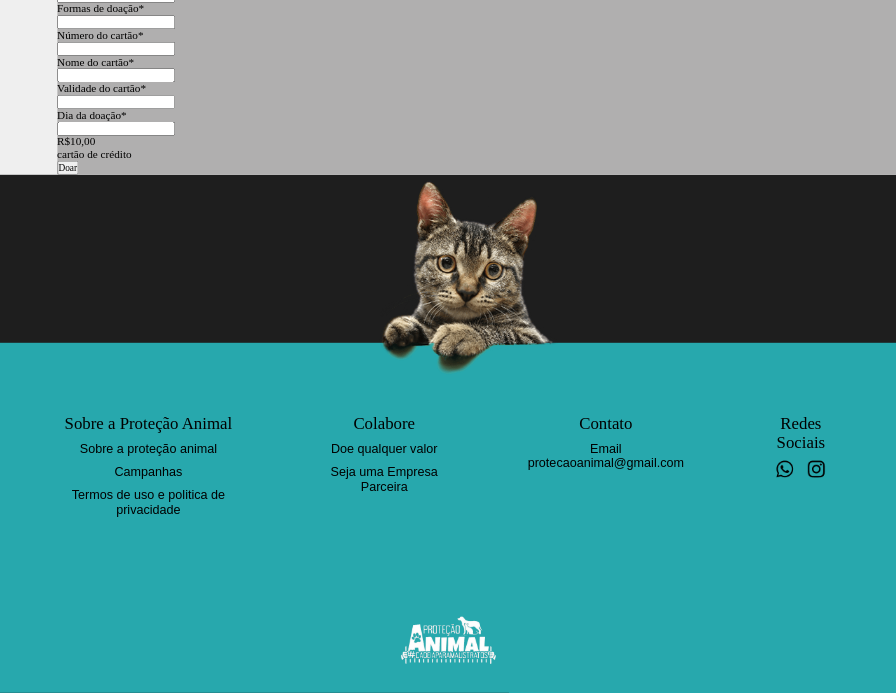
Repository: edjunior-nascimento/protecao-animal-web
Page: src/pages/formulario-doacao/index.html
An editor plug-in stored every save of this project. The page is shown before and after a run of saves, followed by the edit.
The browser window is 1280 px wide. The pictures show the part of the page from y = 404 to 2324 px (the page is 1394 px tall before and 2954 px after), at 70% of full size.

Above is the page before, as saved 2025-02-25 03:55:52.

### src/pages/formulario-doacao/index.html
<!DOCTYPE html>
<html lang="pt">

<head>
    <meta charset="UTF-8">
    <meta name="viewport" content="width=device-width, initial-scale=1.0">
    <title>Proteção Animal</title>
    <link rel="preconnect" href="https://fonts.googleapis.com" />
    <link rel="preconnect" href="https://fonts.gstatic.com" crossorigin />
    <meta name="viewport" content="width=device-width, initial-scale=1.0" />
    <link rel="stylesheet" href="./style.css" />
    <link>
</head>

<body>
    <header>
        <div><img class="logo" src="/src/pages/images/logo.png" alt="logo Protecao animal" /></div>
        <nav>
            <ul>
                <li>
                    <a href="#">
                        <p>Pagina Inicial</p>
                    </a>
                </li>
                <li>
                    <a href="#">
                        <p>Quero adotar</p>
                    </a>
                </li>
                <li>
                    <a href="#">
                        <p>Quero ajudar</p>
                    </a>
                </li>
                <li>
                    <a href="#">
                        <p>Quem somos</p>
                    </a>
                </li>
            </ul>
        </nav>
    </header>
    <div>

        <main>
            <div class="container">
                <div class="title">
                    <p>Página inicial / Doação/ Pagamento</p>
                </div>
                <div class="sub-title">
                    <p>Além da opção de doação única, você pode escolher a opção de apoiar nossos projetos mensalmente!
                    </p>
                </div>
                <div class="valor">
                    <div class="parcela">

                    </div>
                    <div class="cota">

                    </div>
                    <nav>
                        <ul>
                            <li>
                                <a href="#">R$10,00</a></a>
                            </li>
                            <li>
                                <a href="#">R$20,00</a>
                            </li>
                            <li>
                                <a href="#">R$50,00</a>
                            </li>
                            <li>
                                <a href="#">R$100,00</a>
                            </li>
                            <li>
                                <a href="#">R$200,00</a>
                            </li>
                            <li>
                                <a href="#">Outro valor</a>
                            </li>
                        </ul>
                    </nav>
                    <div class="res"><span>Faça uma doação de 10,00</span></div>
                </div>
                <hr>
                <div class="cad">
                    <div class="sub-title">
                        <p>Para fazer parte da nossa história, conte-nos um pouco sobre você:</p>
                    </div>
                    <div class="dados">
                        <form action="/send" method="post" target="_blank">
                            <label>
                                <p>Nome<span class="ast">*</span></p>
                                <input type="text" name="Nome" id="Nome*">
                            </label>
                            <label>
                                <p>Numero de telefone<span class="ast">*</span></p>
                                <input type="text" name="telefone" id="telefone">
                            </label>
                        </form>
                    </div>
                    <div class="cad">
                        <div class="sub-title">
                            <p>Escolha a forma de doação:</p>
                        </div>
                        <hr>
                        <form action="/send" method="post" target="_blank">
                            <label>
                                <p>CPF<span>*</span></p>
                                <input type="number" name="cpf" id="cpf">
                            </label>
                            <label>
                                <p>Formas de doação<span>*</span></p>
                                <input type="text" name="forme-doacao" id="forme-doacao"></p>
                            </label>
                            <label>
                                <p>Número do cartão<span>*</span></p>
                                <input type="number" name="cartao" id="cartao">
                            </label>
                            <label>
                                <p>Nome do cartão<span>*</span></p>
                                <input type="text" name="nome-cartao" id="nome-cartao">
                            </label>
                            <label>
                                <p>Validade do cartão<span>*</span></p>
                                <input type="text" name="" id="">
                            </label>
                            <label>
                                <p>Dia da doação<span>*</span></p>
                                <input type="number" name="data" id="data">
                            </label>
                        </form>
                        <div class="resultado">
                            <div class="retorno">
                                <div class="res/doacao">
                                    <p>R$10,00</p>
                                </div>
                                <div class="forma/pagamento">
                                    <p>cartão de crédito</p>
                                </div>
                            </div>
                            <button>Doar</button>
                        </div>
                    </div>
                </div>
            </div>
        </main>
        <div class="gato"><img src="/src/pages/images/gato.png" alt=""></div>
        <footer>
            <div class="footer-container">
                <div class="footer-primary">
                    <div class="footer-section-1">
                        <div>
                            <h4>Sobre a Proteção Animal</h4>
                        </div>
                        <div>
                            <p><a href="">Sobre a proteção animal</a></p>
                        </div>
                        <div>
                            <p><a href="">Campanhas</a></p>
                        </div>
                        <div>
                            <p><a href="">Termos de uso e politica de privacidade</a></p>
                        </div>
                    </div>
                    <div class="footer-section-2">
                        <div>
                            <h4>Colabore</h4>
                        </div>
                        <div>
                            <p><a href="">Doe qualquer valor</a></p>
                        </div>
                        <div>
                            <p><a href="">Seja uma Empresa Parceira</a></p>
                        </div>
                    </div>
                    <div class="footer-section-3">
                        <div>
                            <h4>Contato</h4>
                        </div>
                        <div>
                            <p>Email</p>
                            <p><a href="mailto:protecaoanimal@gmail.com">protecaoanimal@gmail.com</a></p>
                        </div>
                    </div>
                    <div class="footer-section-4">
                        <div>
                            <h4>Redes Sociais</h4>
                        </div>
                        <div class="social-icons">
                            <div>
                                <a href=""><img src="/src/pages/images/whatsAppIcon.png" alt="" /></a>
                            </div>
                            <div>
                                <a href=""><img src="/src/pages/images/instagramIcon.png" alt="" /></a>
                            </div>
                        </div>
                    </div>
                </div>
            </div>
            <div class="footer-secondary">
                <img src="/src/pages/images/logo.png" alt="" />
            </div>
        </footer>
</body>

</html>

### src/pages/formulario-doacao/style.css
:root {
    --main-bg-color: #1e1e1e;
    --title-color: #27a8ad;
    --subtitle-color: #ffffff;
    --box-color: #ffffff;
    --link-nav-color: #ffffff;
    --card-title-color: #27a8ad;
    --footer-background: #27a8ad;
    --footer-font-color: #000000;
    --maim-color: #EFEFEF;
    --card-nav-color:#B0AFAF;
  }

  * {
    height: max-content;
    font-family: "Jockey One", serif;
    font-style: normal;
    margin: 0px;
    padding: 0px;
  }

  body {
    background-color: var(--main-bg-color);

  }

  a {
    text-decoration: none;
  }

  header {
    height: 100px;
    display: flex;
    flex-direction: row;
    justify-content: space-between;
    padding-inline: 80px
  }
  header div {
    display: flex;
    align-items: center;
  }
  .logo {
    height: 95px;
    width: auto;
  }
  nav {
    width: auto;
    height: 100px;
    display: flex;
    align-items: center;
  }

  nav ul {
    list-style-type: none;
    display: flex;
    gap: 40px;
  }
  nav ul li a {

    color: var(--link-nav-color);
    font-size: 20px;
    background-color: var(--card-nav-color);
  }


.container {
  background-color: var();
}
main {
  background-color:var(--maim-color) ;
}
.container {
  background-color: var(--card-nav-color);
  margin-left: 81.5px;
  height: ;
}
.title {
  color: var(--subtitle-color);
}




  .gato {
    margin-left: 42%;
    margin-bottom: -25px;
    height: 265px;
    max-width: auto;}

  footer {
    height: 500px;
    max-height: auto;
    background-color: var(--footer-background);
    padding-inline: 80px;
  }

  .footer-container {
      width: auto;
      height: 70%;
      display: flex;
      align-items: center;
      justify-content: center;
  }

  .footer-primary {
    display: flex;
    flex-direction: row;
    gap: 111px;
    align-items: flex-start;
    justify-content: center;
  }

  .footer-primary p a {
      color: var(--footer-font-color);
      font-family: "Arial", sans-serif;
  }

  .footer-primary h4 {
    font-size: 24px;
    font-weight: 400;
  }

  .footer-primary p {
      font-size: 18px;
      font-weight: 400;
      font-family: "Arial", sans-serif;
  }

  .footer-secondary {
    width: auto;
    height: 30%;
    display: flex;
    align-items: center;
    justify-content: center;
  }

  .footer-secondary img {
      height: 145px;
      width: auto
  }

  .footer-section-1, .footer-section-2, .footer-section-3, .footer-section-4 {
      display: flex;
      flex-direction: column;
      text-align: center;
      gap: 12px;
  }

  .footer-section-4 {
      align-items: center;
  }

  .social-icons {
      display: flex;
      flex-direction: row;
      gap: 20px;
  }

After the next 5 saves:
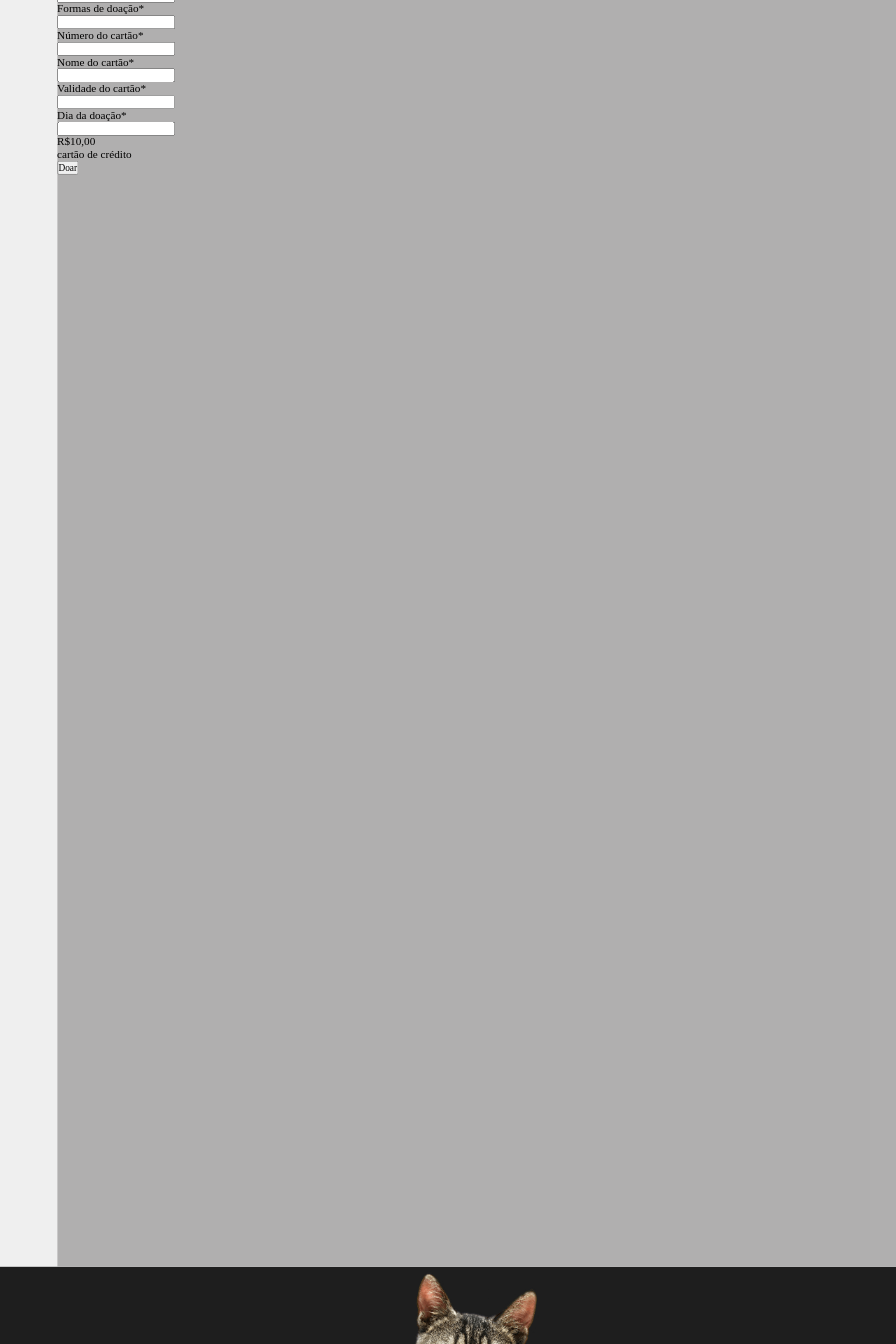
The 5 saves are shown as one change because they came seconds apart.
The last was saved 12 s later.
--- a/src/pages/formulario-doacao/style.css
+++ b/src/pages/formulario-doacao/style.css
@@ -72,7 +72,8 @@ main {
 .container {
   background-color: var(--card-nav-color);
   margin-left: 81.5px;
-  height: ;
+  height: 2114px;
+  width: ;
 }
 .title {
   color: var(--subtitle-color);
